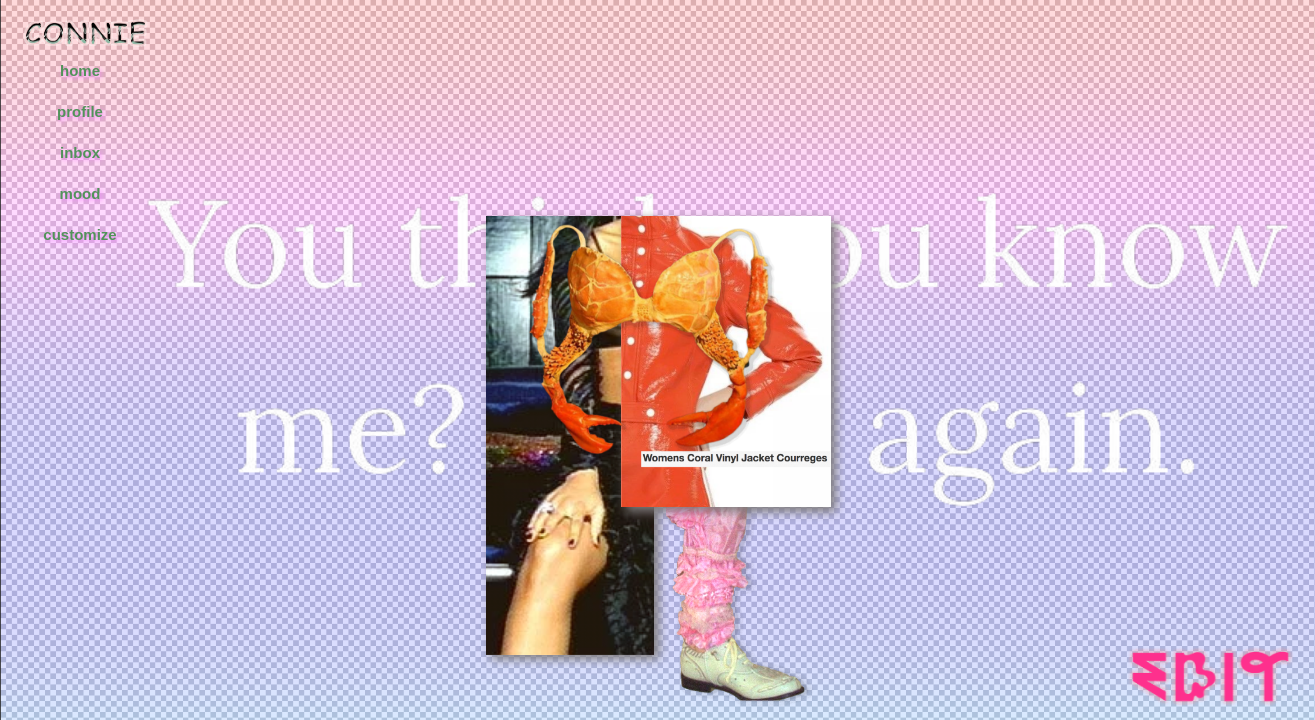
Repository: xuc009/xuc009.github.io
Page: track14/index.html
These files come from the project's save history. The page is drawn as it stood at one moment and after the next save; the edit follows.
The browser window is 1280 px wide. The page is 1315 px wide, so the pictures cover 1315 px, including what lies to the right of the window. The pictures show the whole page.
Some web libraries are served in a nearby version.

Above is the page before, as saved 2018-12-08 17:31:36.

### track14/index.html
<!DOCTYPE html>
<html lang="en">
  <head>
    <title>Track 10</title>
    <link rel="shortcut icon" href="" />
    <meta charset="utf-8">
    <meta name="description" content="" />
    <meta property="og:image" content=""/>
    <meta name="viewport" content="width=device-width, initial-scale=1" />
    <script src="https://ajax.googleapis.com/ajax/libs/jquery/3.3.1/jquery.min.js"></script>
    <script src="https://www.w3schools.com/lib/w3.js"></script>
    <link href="assets/css/styles.css" media="all" rel="stylesheet" />
    <meta charset="utf-8" />
    <title>jQuery UI Draggable - Default functionality</title>
    <link rel="stylesheet" href="http://code.jquery.com/ui/1.9.2/themes/base/jquery-ui.css" />
    <script src="http://code.jquery.com/jquery-1.8.3.js"></script>
    <script src="http://code.jquery.com/ui/1.9.2/jquery-ui.js"></script>
    <link href="https://fonts.googleapis.com/css?family=Michroma" rel="stylesheet">
    <style>
    .draggable { width: 0px; height: 0px; padding: 0; }
    </style>
    <script>
    $(function() {
        $( ".draggable" ).draggable();
    });
    </script>

  </head>

  <body>

      <div class="dropdown">
          <button class="dropbtn"><img src="assets/img/conniemenu.gif" width="140px"></button>
          <div class="dropdown-content">
            <a href="#">home</a>
            <a href="#">profile</a>
            <a href="#">inbox</a>
            <a href="#">mood</a>
            <a href="#">customize</a>
          </div>
        </div>

      <div class="edit">
        <a href="https://xuc009.github.io/track10/index.html">
        <img src="assets/img/edit.png" width="300px">
        </a>
      </div>

    <div id="draggable1" class="ui-widget-content draggable tooltip">
        <span class="tooltiptext">id.png</span>
       <img src="assets/img/britney.png" width="1200px">
      </div>

      <div id="draggable2" class="ui-widget-content draggable tooltip">
          <span class="tooltiptext">↗ Aaliyah by me 🔗📹🤗🦋✨ ⬈</span>
        <a href="https://xuc009.github.io/track2/index.html" target="_blank">
          <img src="assets/img/torsob1.png" width="168px">
        </a>
      </div>

      <div id="draggable3" class="ui-widget-content draggable tooltip">
          <span class="tooltiptext">https://goo.gl/MuuDqj</span>
          <a href="https://goo.gl/MuuDqj" target="_blank">
          <img src="assets/img/foot1.png" width="149px">
          </a>
        </div>

     <div id="draggable4" class="ui-widget-content draggable four tooltip">
        <span class="tooltiptext">https://ebay.us/9TBpsq</span>
        <a href="https://ebay.us/9TBpsq" target="_blank">
            <img src="assets/img/torsoa1.png" width="210px">
        </a>
          </div>

      <div id="draggable5" class="ui-widget-content draggable five tooltip">
          <span class="tooltiptext">https://www.instagram.com/p/BoPapCyAAdp/</span>
          <a href="https://www.instagram.com/p/BoPapCyAAdp/" target="_blank">
          <img src="assets/img/bra1.png" width="250px">
          </a>
        </div>









      </div>
    </div>

  </body>
</html>

### track14/assets/css/styles.css
* { box-sizing: border-box; }

body{
	background-color: #ffffff;
	background-image: url('../img/background.png');
	background-size: 1500px;
	margin: 0 auto 0 auto;
	display: inline-block;
    font-size: 0px;
}

.tooltip {
    position: relative;
    display: inline-block;
    border-bottom: 1px dotted black;
}

.tooltip .tooltiptext {
    visibility: hidden;
    /* width: 120px; */
    background-color: #FF308D;
    color: #00E6FF;
    text-align: center;
    padding: 5px 10px;
    font-size:15px;
    font-family: Arial, Helvetica, sans-serif;
    font-weight: 400;

    /* Position the tooltip */
    position: fixed;
    z-index: 1;
    bottom: 0px;
    left:0 ;
}

.tooltip:hover .tooltiptext {
    visibility: visible;
}

a { cursor: move; }

.draggable{
    box-shadow: 5px 5px 10px #000000;
}

#draggable1{
    background: #fff;
    border: none;
    box-shadow: 5px 5px 10px #807d7d;
    cursor: move;
    position: absolute;
    top: 20%;
    left: 9%;
}


#draggable2 {
    width: 168px;
    height: 438.38px;
    border: none;
    box-shadow: 5px 5px 10px #807d7d;
    position: absolute;
    top: 30%;
    left: 38%;
    cursor: move;
}


#draggable3 {
    width: 365px;
    border: none;
    position: absolute;
    top: 65%;
    left: 52%;
    cursor: move;
}



#draggable4{
    position: absolute;
    width: 210px;
    height: 291px;
    top: 30%;
    left: 48.5%;
    cursor: move;
    border: none;
    box-shadow: 5px 5px 10px #807d7d;

}

#draggable5{
    position: absolute;
    top: 31%;
    left: 41%;
    cursor: move;
    border: none;
}

.edit{
    position: fixed;
    bottom:0;
    left: 83%;
    cursor: pointer;
    transition: all 300ms;
}

.edit:hover{
    transform: translateX(3px) translateY(-3px);
    /* transform: scale(1.05); */
}

.dropbtn {
    background-color: Transparent;
    width: 140px;
    height: 26px;
    padding: 16px;
    font-size: 16px;
    border: none;
    outline: none;
}

.dropdown {
    position: relative;
    width: 140px;
    display: inline-block;
}

.dropdown-content {
    display: none;
    position: absolute;
    background-color: transparent;
    min-width: 160px;
    text-shadow: 2px 2px 5px #F48BFF;
    z-index: 1;
    font-size: 15px;
    text-align: center;
    font-family: Arial, Helvetica, sans-serif;
    font-weight: 600;
}

.dropdown-content a {
    color: #52935A;
    padding: 12px 16px;
    text-decoration: none;
    display: block;
}

.dropdown-content a:hover {text-shadow: 2px 2px 5px #54FAFF;}

.dropdown:hover .dropdown-content {display: block;}

.dropdown:hover .dropbtn {background-color: none;}

After the next save:
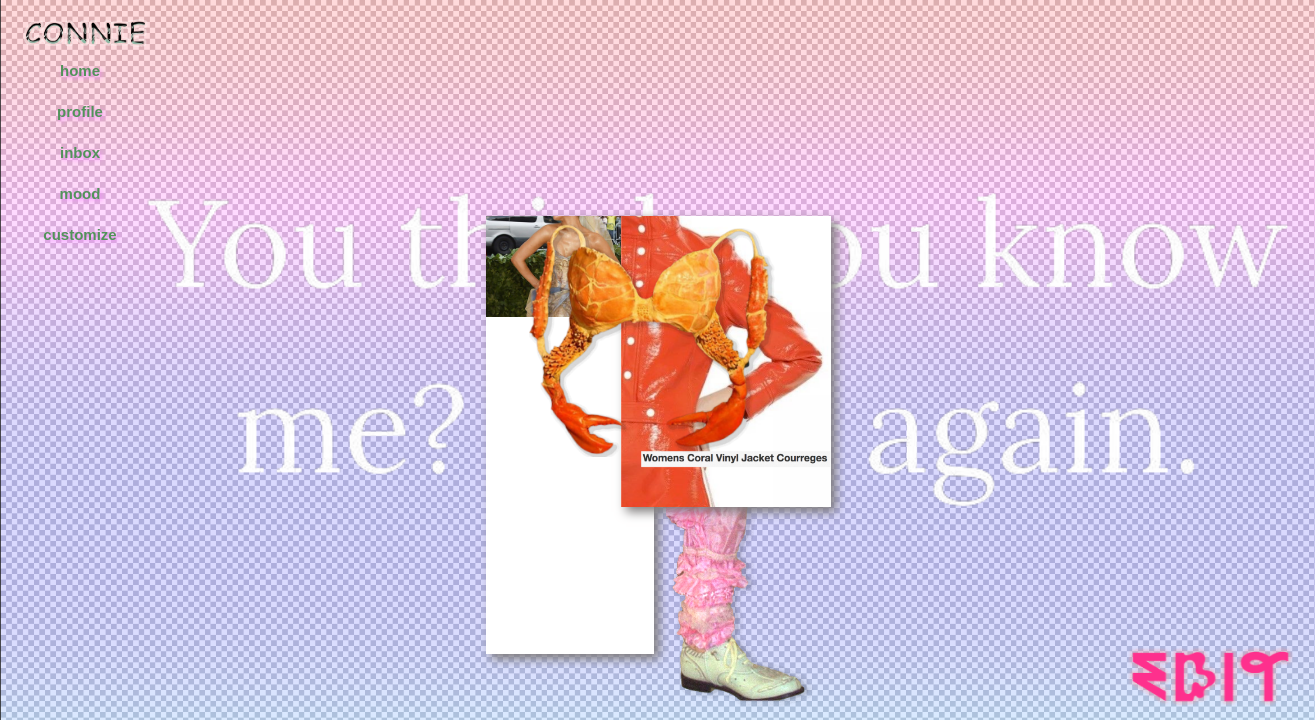
Saved 81 s later.
--- a/track14/index.html
+++ b/track14/index.html
@@ -54,7 +54,7 @@
       <div id="draggable2" class="ui-widget-content draggable tooltip">
           <span class="tooltiptext">↗ Aaliyah by me 🔗📹🤗🦋✨ ⬈</span>
         <a href="https://xuc009.github.io/track2/index.html" target="_blank">
-          <img src="assets/img/torsob1.png" width="168px">
+          <img src="assets/img/ari.jpg" width="168px">
         </a>
       </div>
 
